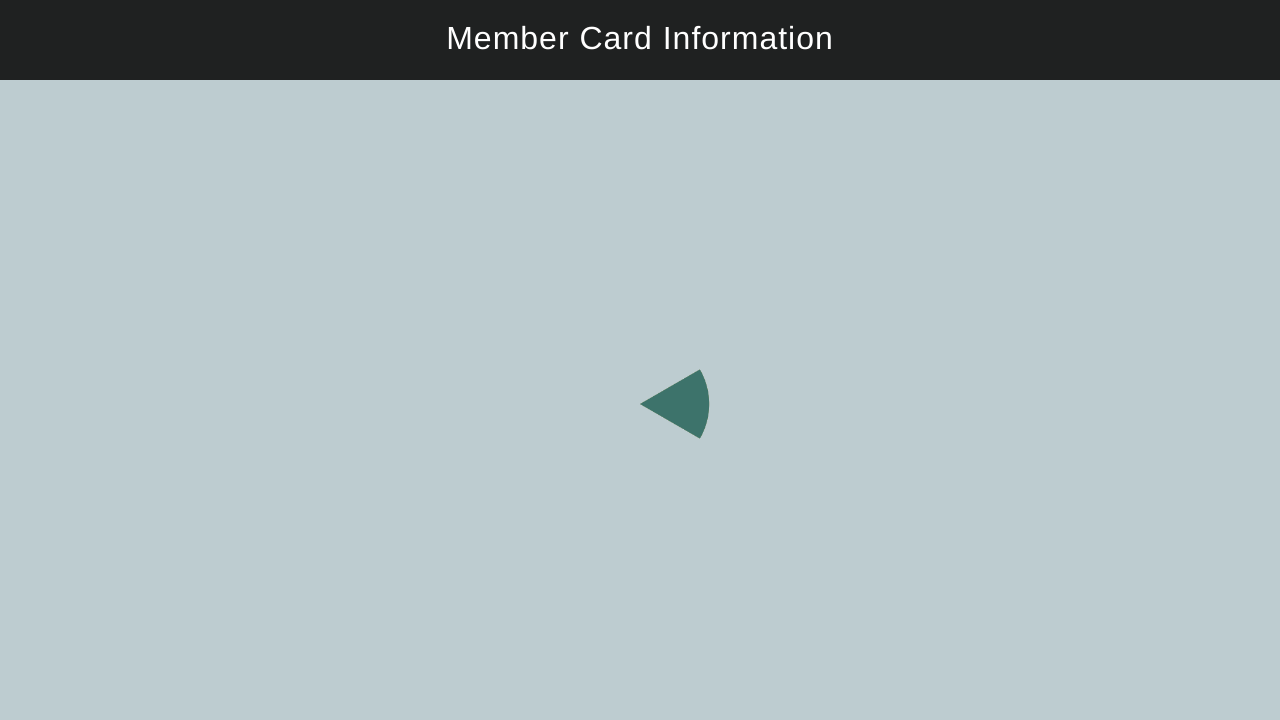
Repository: Leooook/lzhao-fed-test
Page: /
The author's editor kept a copy of each file at every save. The page is drawn from the files as they stood at one save, then again after a run of saves.
The browser window is 1280 px wide. The pictures show the whole page.
The page's requests for data from a server got no answer. The project was rebuilt for these pictures with package versions that can differ from the ones it lists, and the page was loaded fresh each time. No one was signed in, and anything a server would have sent is missing. Also part of the build but not shown: src/components/detail.js.

Above is the page before, as saved 2021-03-16 11:21:00.

After the next 2 saves:
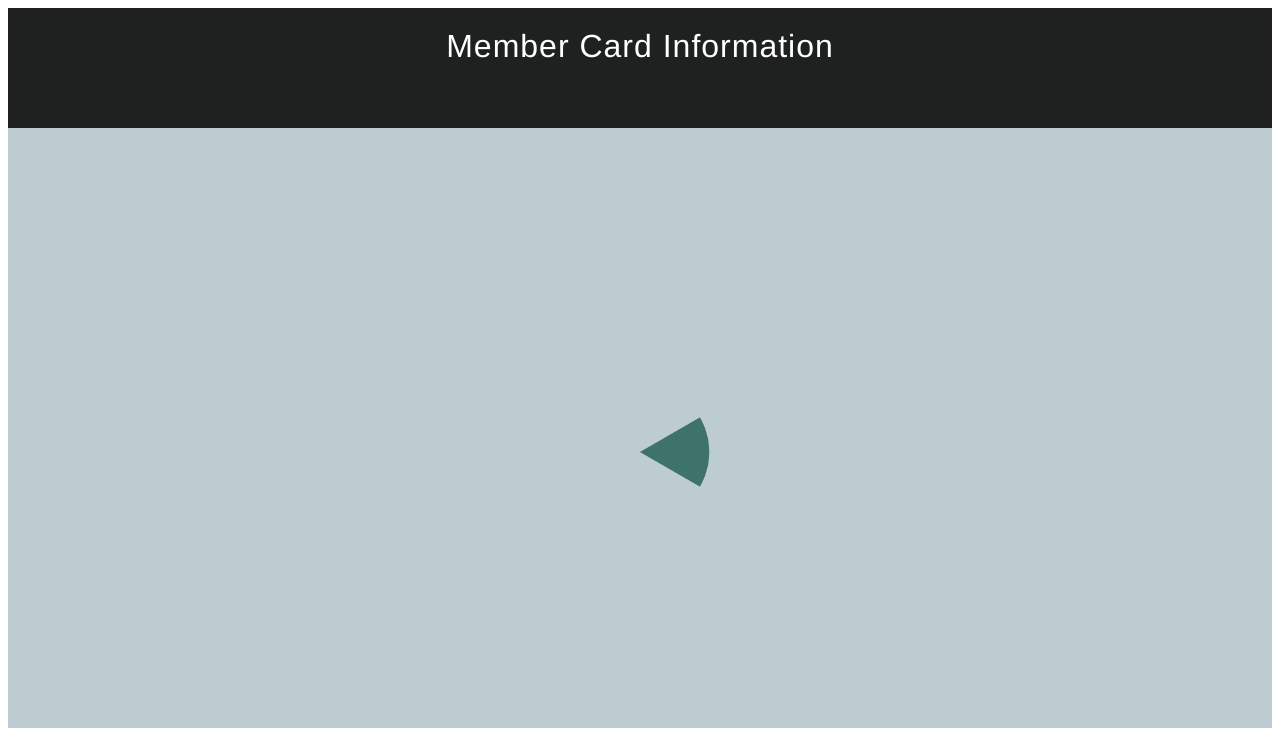
The 2 saves are shown as one change because they came seconds apart.
The last was saved 2 min 11 s later.
--- a/src/App.css
+++ b/src/App.css
@@ -1,4 +1,4 @@
-* {
+.all {
 	margin: 0;
 	padding: 0;
 	box-sizing: border-box;
